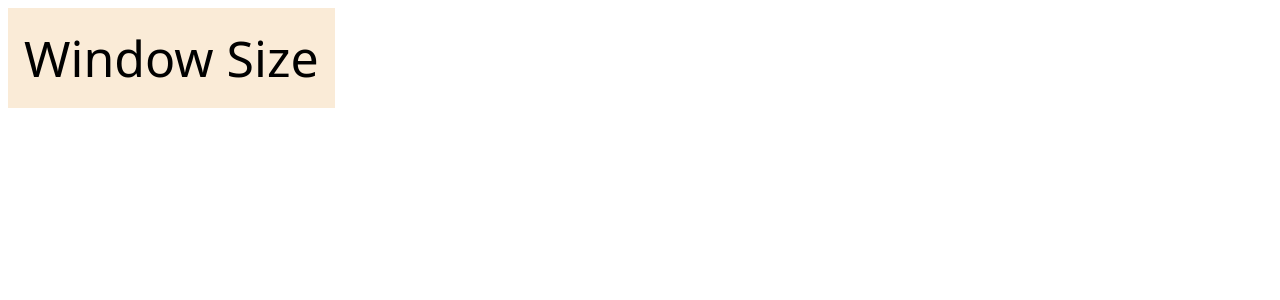
Repository: sephinejo/frontend-browser-101
Page: browser/window_size.html
The author's editor kept a copy of each file at every save. The page is drawn from the files as they stood at one save, then again after the next save.
The browser window is 1280 px wide. The pictures show the whole page.

Above is the page before, as saved 2023-05-10 12:22:03.

After the next save:
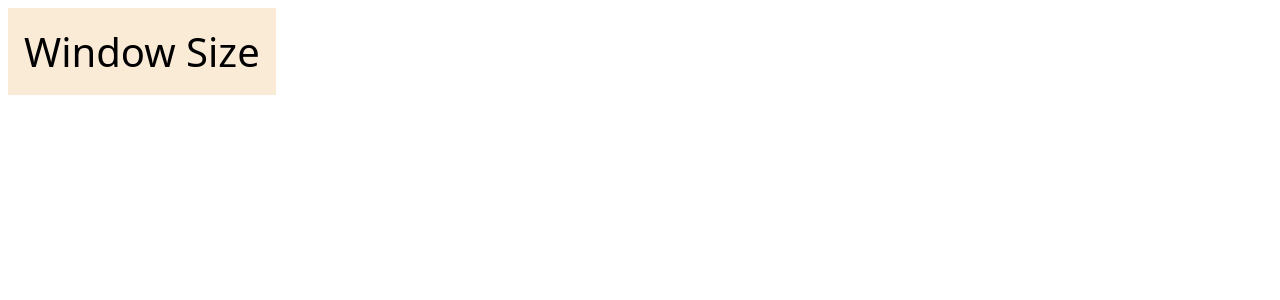
Saved 16 s later.
--- a/browser/window_size.html
+++ b/browser/window_size.html
@@ -10,7 +10,7 @@
         display: inline-block;
         background-color: antiquewhite;
         padding: 16px;
-        font-size: 50px;
+        font-size: 40px;
         font-family: system-ui, -apple-system, BlinkMacSystemFont, 'Segoe UI',
           Roboto, Oxygen, Ubuntu, Cantarell, 'Open Sans', 'Helvetica Neue',
           sans-serif;
